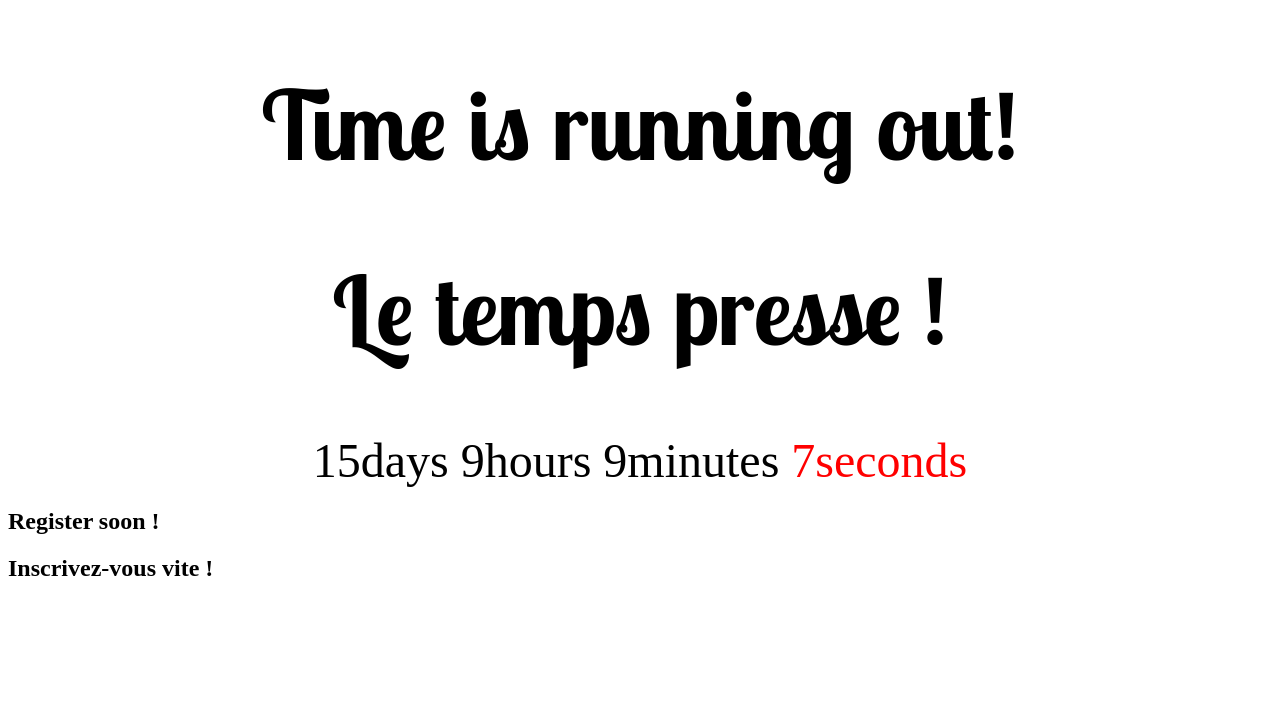
Repository: sinarinzifabrice/Events
Page: index.html
These files come from the project's save history. The page is drawn as it stood at one moment and after the next save; the edit follows.
The browser window is 1280 px wide. The pictures show the whole page.

Above is the page before, as saved 2024-05-16 18:57:41.

After the next save:
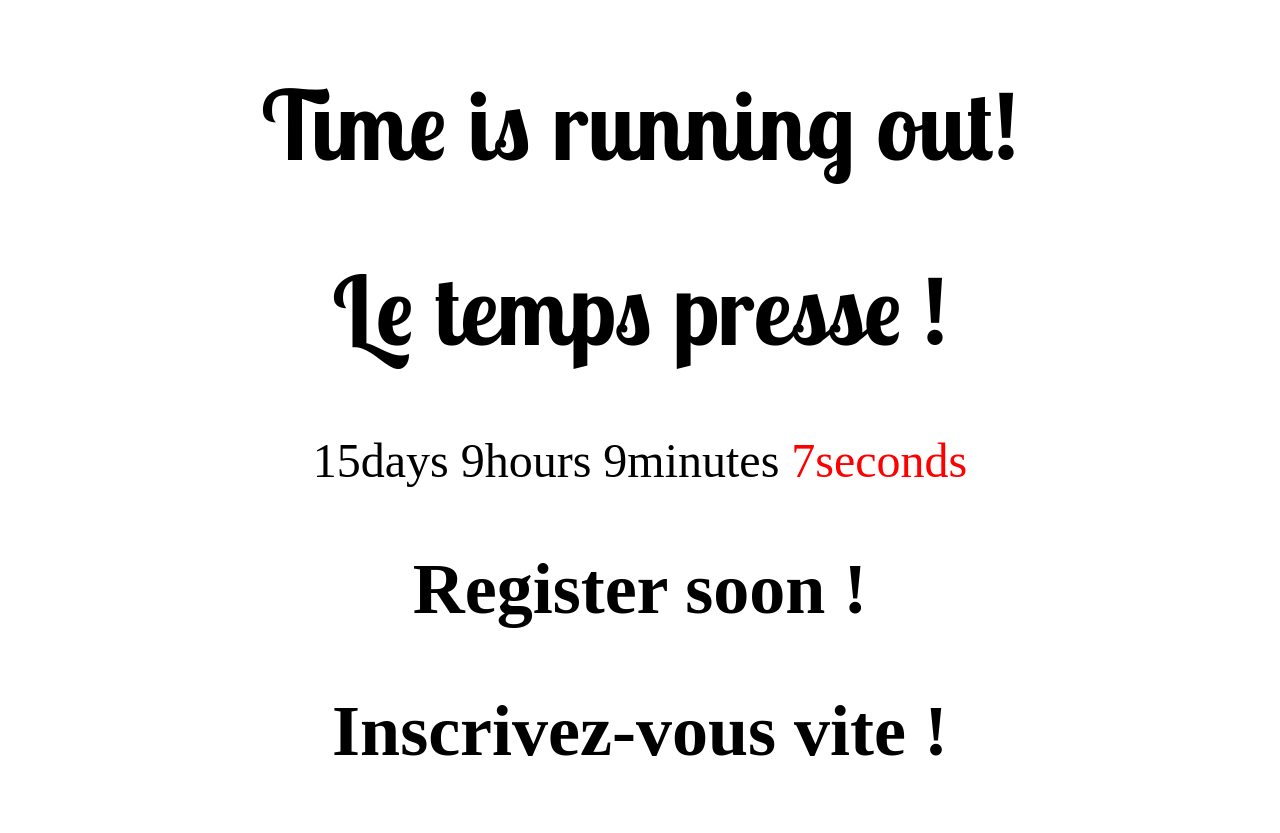
Saved 22 s later.
--- a/index.html
+++ b/index.html
@@ -29,7 +29,7 @@
       <h1>Le temps presse ! </h1>
    </div>
    <div id="countdown" class="countdown"></div>
-   <div>
+   <div class="countdown">
       <h2>Register soon !</h2>
       <h2>Inscrivez-vous vite !</h2>
    </div>
